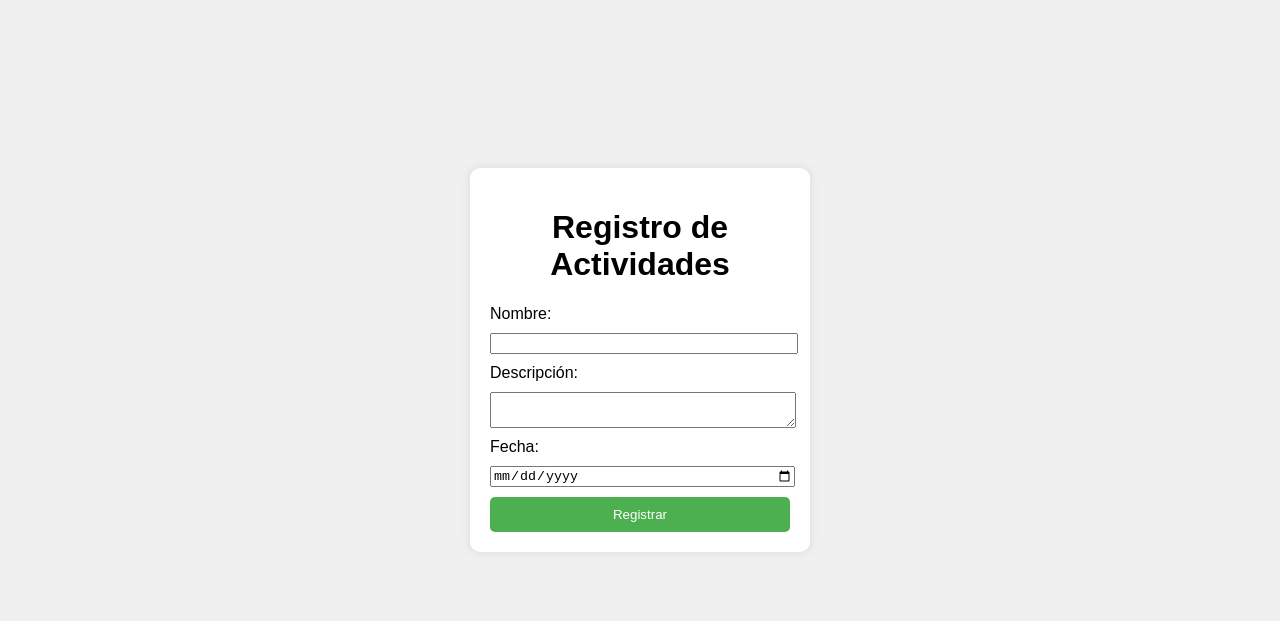
Repository: criano0524/Curso_AWS
Page: templates/index.html
An editor plug-in stored every save of this project. The page is shown before and after the next save, followed by the edit.
The browser window is 1280 px wide. The pictures show the whole page.

Above is the page before, as saved 2024-09-16 05:06:44.

### templates/index.html
<!DOCTYPE html>
<html lang="en">
<head>
    <meta charset="UTF-8">
    <meta name="viewport" content="width=device-width, initial-scale=1.0">
    <title>Registro de Actividades</title>
    <style>
        body {
            background-color: #f0f0f0; /* Fondo gris claro */
            font-family: Arial, sans-serif;
            display: flex;
            justify-content: center;
            align-items: center;
            height: 100vh;
            margin: 0;
        }
        .container {
            background-color: white;
            padding: 20px;
            border-radius: 10px;
            box-shadow: 0 0 10px rgba(0, 0, 0, 0.1);
            width: 300px;
        }
        h1 {
            text-align: center;
        }
        label, input, textarea {
            display: block;
            width: 100%;
            margin-bottom: 10px;
        }
        button {
            width: 100%;
            padding: 10px;
            background-color: #4CAF50;
            color: white;
            border: none;
            border-radius: 5px;
            cursor: pointer;
        }
        button:hover {
            background-color: #45a049;
        }
    </style>
</head>
<body>
    <div class="container">
        <h1>Registro de Actividades</h1>
        <form action="/register" method="POST">
            <label for="nombre">Nombre:</label>
            <input type="text" id="nombre" name="nombre" required>

            <label for="descripcion">Descripción:</label>
            <textarea id="descripcion" name="descripcion" required></textarea>

            <label for="fecha">Fecha:</label>
            <input type="date" id="fecha" name="fecha" required>

            <button type="submit">Registrar</button>
        </form>
    </div>
</body>
</html>

After the next save:
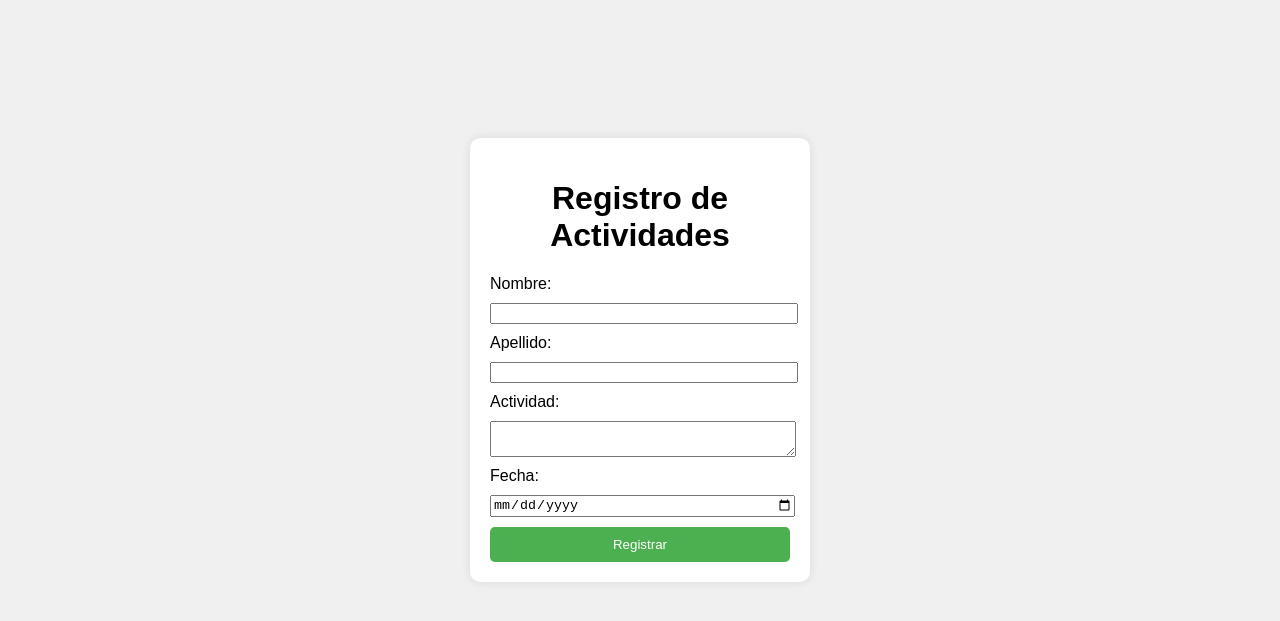
Saved 88 s later.
--- a/templates/index.html
+++ b/templates/index.html
@@ -3,7 +3,7 @@
 <head>
     <meta charset="UTF-8">
     <meta name="viewport" content="width=device-width, initial-scale=1.0">
-    <title>Registro de Actividades</title>
+    <title>Registro de Actividades By Cristian R</title>
     <style>
         body {
             background-color: #f0f0f0; /* Fondo gris claro */
@@ -50,8 +50,11 @@
             <label for="nombre">Nombre:</label>
             <input type="text" id="nombre" name="nombre" required>
 
-            <label for="descripcion">Descripción:</label>
-            <textarea id="descripcion" name="descripcion" required></textarea>
+            <label for="apellido">Apellido:</label>
+            <input type="text" id="apellido" name="apellido" required>
+
+            <label for="actividad">Actividad:</label>
+            <textarea id="actividad" name="actividad" required></textarea>
 
             <label for="fecha">Fecha:</label>
             <input type="date" id="fecha" name="fecha" required>
